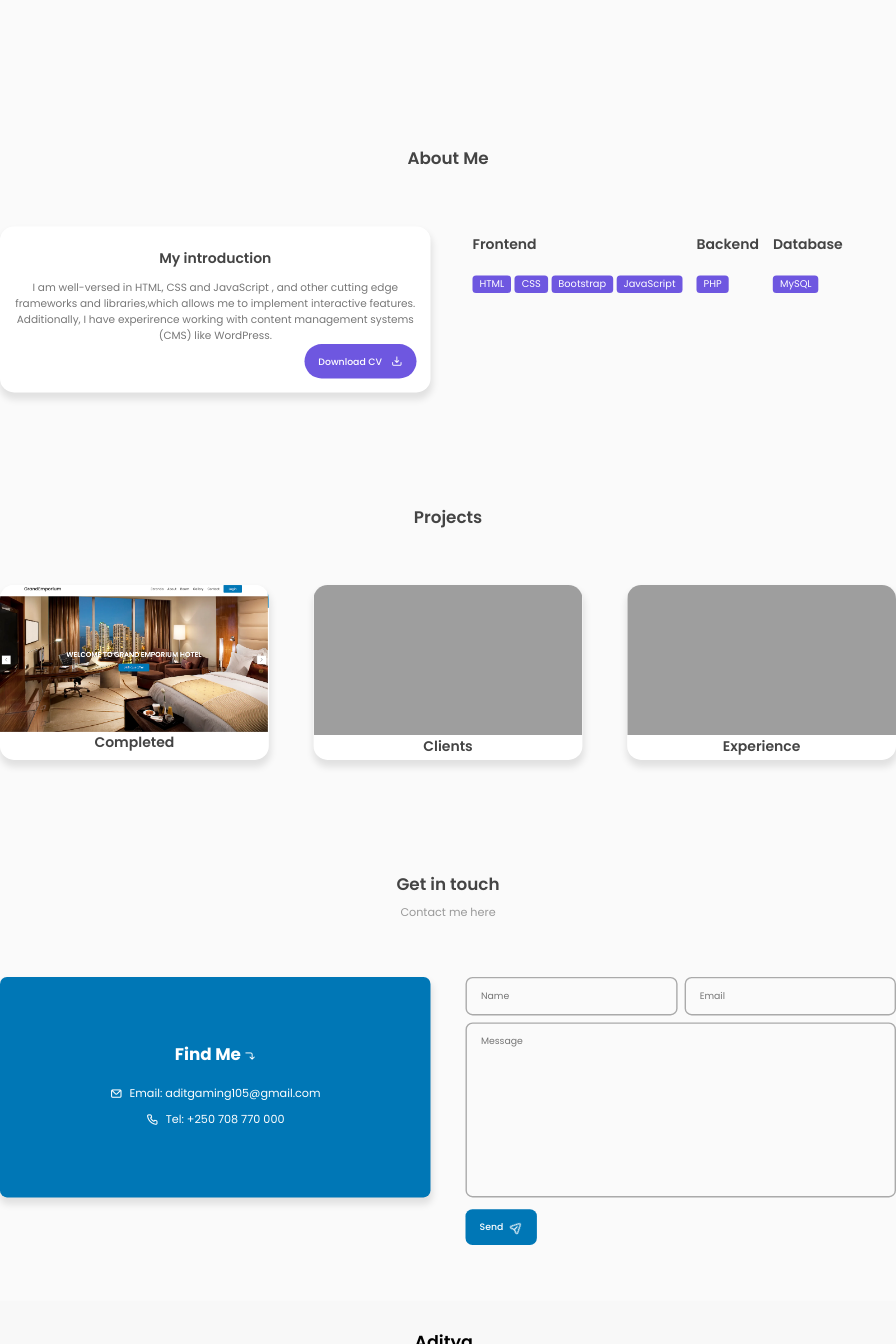
Repository: 4Kbrain/Portofolio
Page: index.html
An editor plug-in stored every save of this project. The page is shown before and after the next save, followed by the edit.
The browser window is 1280 px wide. The pictures show the part of the page from y = 591 to 2511 px (the page is 2774 px tall), at 70% of full size.
Pictures or frames that could not be fetched are drawn as grey boxes.

Above is the page before, as saved 2024-05-15 15:38:15.
Console error: ReferenceError: ScrollReveal is not defined

After the next save:
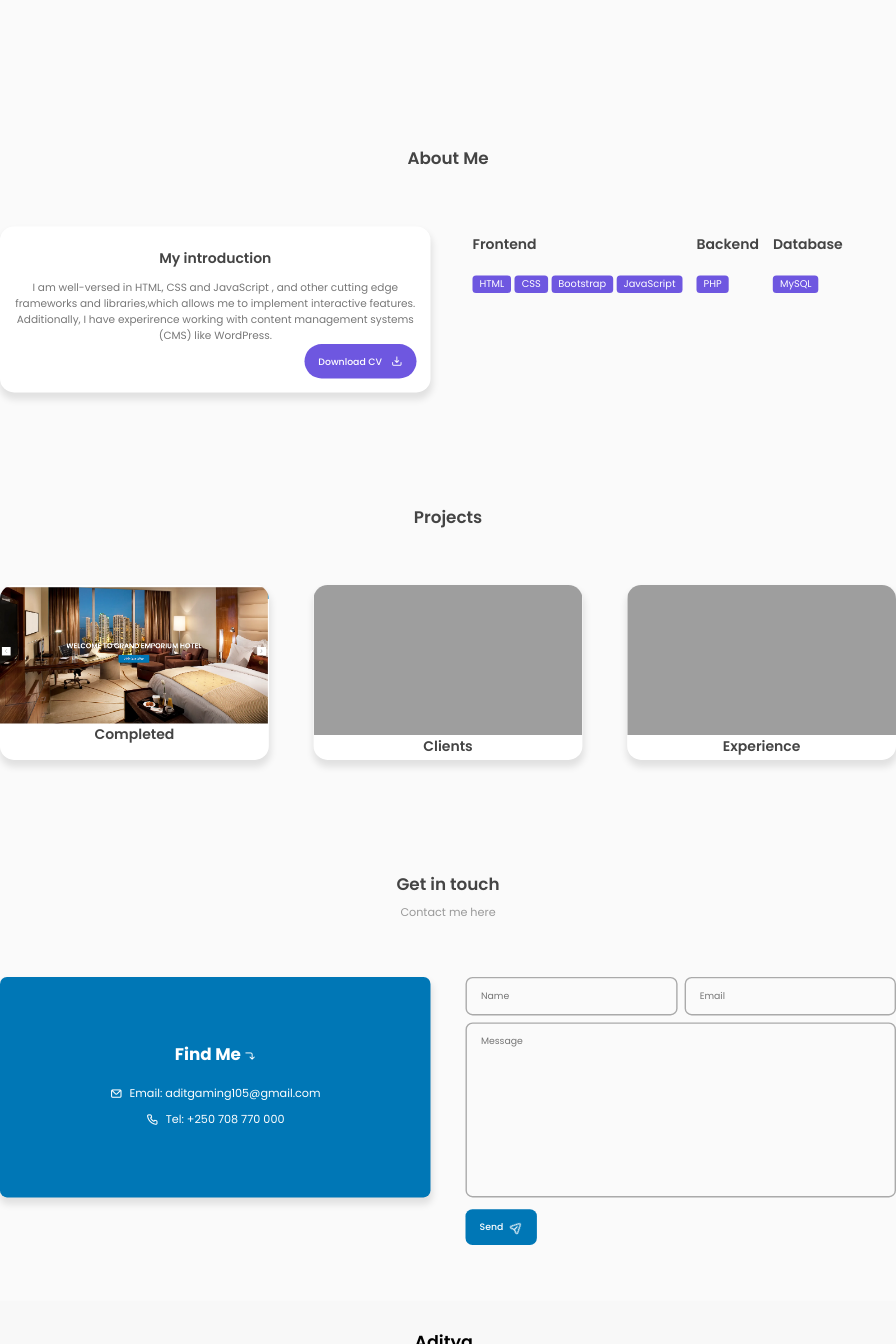
Saved 4 s later.
--- a/index.html
+++ b/index.html
@@ -154,7 +154,7 @@
             <div class="project-box">
                 <img src="assets/img/GrandHotel.png" alt="Project Image 1" class="project-image">
                 <h3>Completed</h3>
-                <label class="clear"></label>
+                <label class="clear">A</label>
             </div>
             <div class="project-box">
                 <img src="path/to/your/image2.jpg" alt="Project Image 2" class="project-image">
